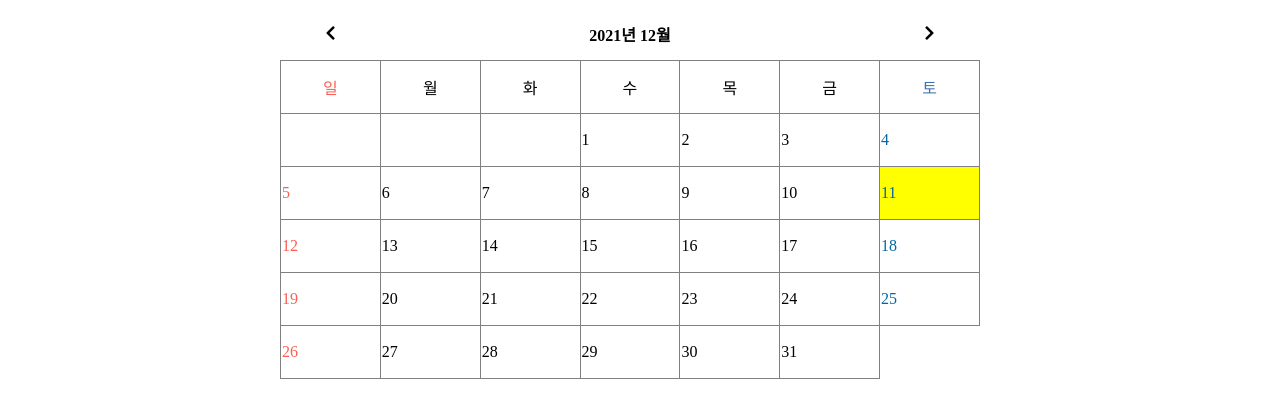
Repository: shin-sj/Checkkeu
Page: http://localhost/test2/WEB-INF/user/calendar.jsp
These files come from the project's save history. The page is drawn as it stood at one moment and after the next save; the edit follows.
The browser window is 1280 px wide. The pictures show the whole page.
Some web libraries are served in a nearby version. The page is served by Tomcat 9. Nobody is signed in. The template is opened directly, without the code that normally fills it, so the values that code supplies are empty.

Above is the page before, as saved 2021-12-15 16:36:41.

After the next save:
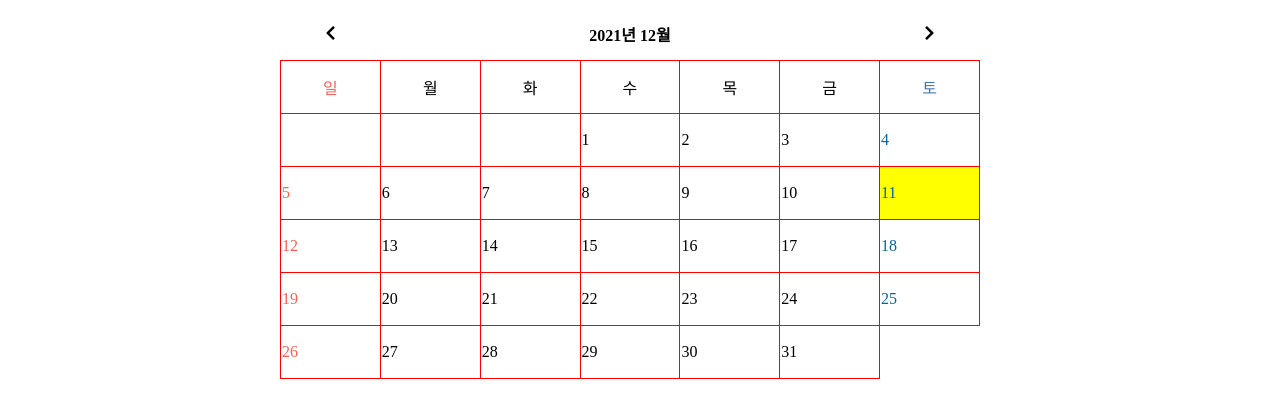
Saved 15 s later.
--- a/test2/src/main/webapp/WEB-INF/user/calendar.jsp
+++ b/test2/src/main/webapp/WEB-INF/user/calendar.jsp
@@ -41,7 +41,7 @@
 	td{
 		width: 100px;
 		height: 50px;
-		border: solid 0.5px gray;
+		border: solid 0.5px red;
 		border-collapse : collapse;
 	}
 	th {
